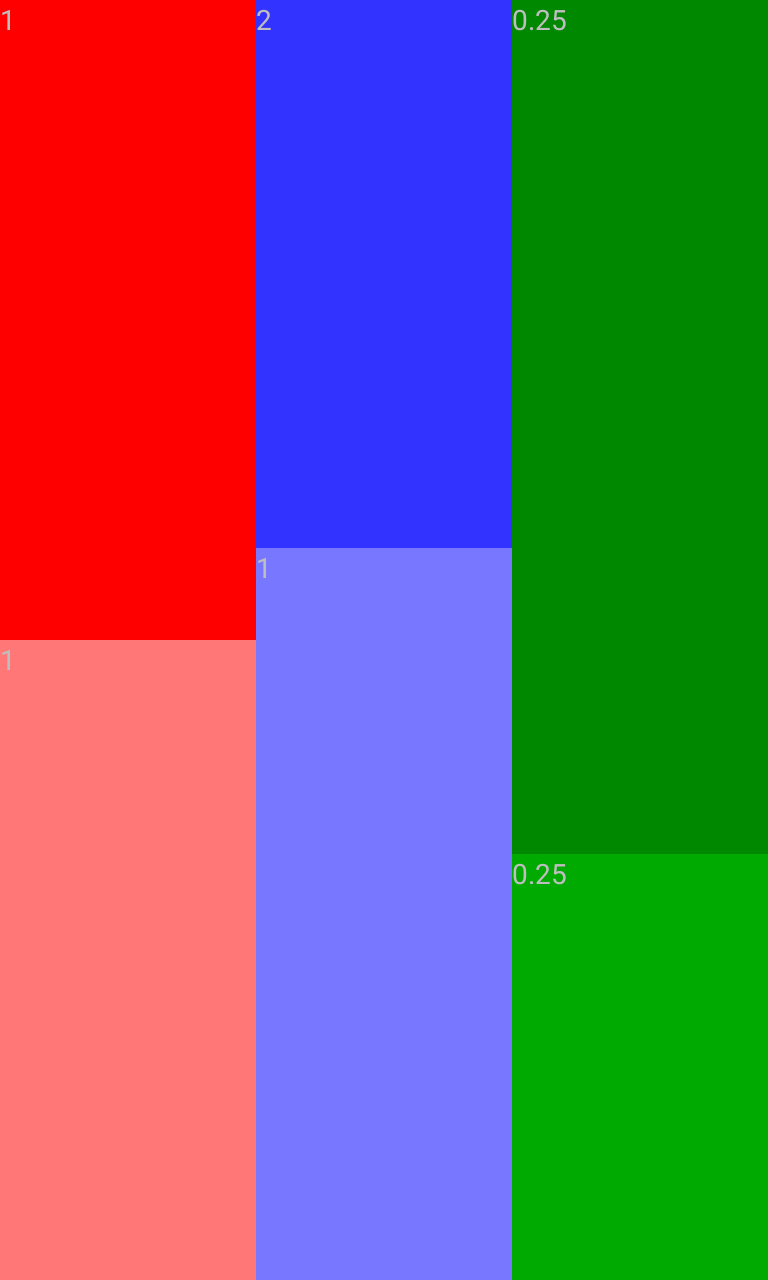
Repository: PVoLan/TestWeight
Layout: WS/Test.Weight/res/layout/main.xml
An editor plug-in stored every save of this project. The layout is shown before and after the next save, followed by the edit.
It is drawn on a 768 x 1280 px phone screen (xhdpi) without system bars, with theme android:Theme; the app's code is not run.

Above is the layout before, as saved 2012-02-27 19:45:14.

### WS/Test.Weight/res/layout/main.xml
<?xml version="1.0" encoding="utf-8"?>
<LinearLayout xmlns:android="http://schemas.android.com/apk/res/android"
    android:layout_width="fill_parent"
    android:layout_height="fill_parent"
 >

    <LinearLayout
    android:layout_width="fill_parent"
    android:layout_height="fill_parent"
    android:layout_weight="1"
    android:orientation="vertical"
	 >

        <TextView
            android:layout_width="fill_parent"
		    android:layout_height="fill_parent"
		    android:layout_weight="1"
		    android:text="1"
		    android:background="#f00"
            />

        <TextView
            android:layout_width="fill_parent"
		    android:layout_height="fill_parent"
		    android:layout_weight="2"
		    android:text="2"
		    android:background="#f33"
            />

        <TextView
            android:layout_width="fill_parent"
		    android:layout_height="fill_parent"
		    android:layout_weight="1"
		    android:text="1"
		    android:background="#f77"
            />


	</LinearLayout>


    <LinearLayout
    android:layout_width="fill_parent"
    android:layout_height="fill_parent"
    android:layout_weight="1"
    android:orientation="vertical"
	 >

        <TextView
            android:layout_width="fill_parent"
		    android:layout_height="fill_parent"
		    android:layout_weight="4"
		    android:text="4"
		    android:background="#00f"
            />

        <TextView
            android:layout_width="fill_parent"
		    android:layout_height="fill_parent"
		    android:layout_weight="2"
		    android:text="2"
		    android:background="#33f"
            />

        <TextView
            android:layout_width="fill_parent"
		    android:layout_height="fill_parent"
		    android:layout_weight="1"
		    android:text="1"
		    android:background="#77f"
            />

	</LinearLayout>


    <LinearLayout
    android:layout_width="fill_parent"
    android:layout_height="fill_parent"
    android:layout_weight="1"
    android:orientation="vertical"
	 >


         <TextView
            android:layout_width="fill_parent"
		    android:layout_height="fill_parent"
		    android:layout_weight="0.25"
		    android:text="0.25"
		    android:background="#080"
            />

        <TextView
            android:layout_width="fill_parent"
		    android:layout_height="fill_parent"
		    android:layout_weight="0.25"
		    android:text="0.25"
		    android:background="#0a0"
            />

        <TextView
            android:layout_width="fill_parent"
		    android:layout_height="fill_parent"
		    android:layout_weight="1"
		    android:text="1"
		    android:background="#0f0"
            />

	</LinearLayout>

</LinearLayout>

After the next save:
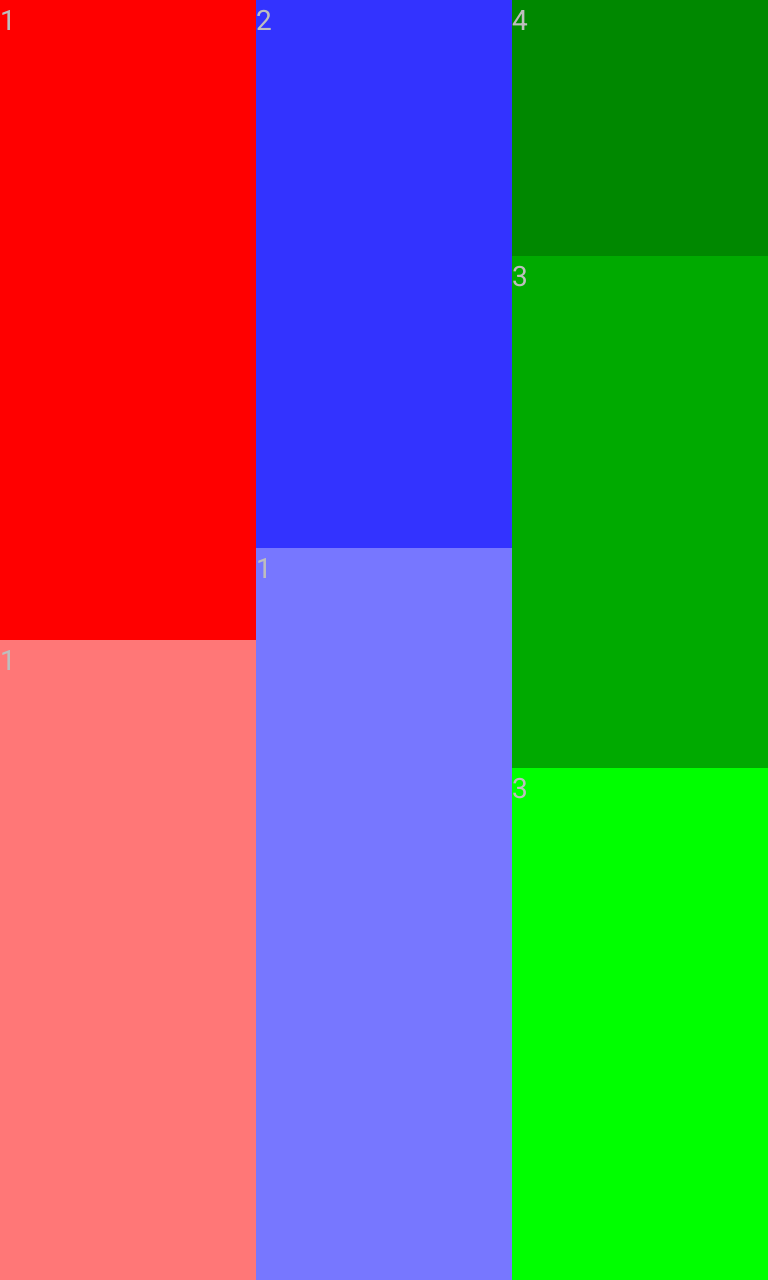
Saved 43 s later.
--- a/WS/Test.Weight/res/layout/main.xml
+++ b/WS/Test.Weight/res/layout/main.xml
@@ -84,24 +84,24 @@
          <TextView
             android:layout_width="fill_parent"
 		    android:layout_height="fill_parent"
-		    android:layout_weight="0.25"
-		    android:text="0.25"
+		    android:layout_weight="4"
+		    android:text="4"
 		    android:background="#080"
             />
 
         <TextView
             android:layout_width="fill_parent"
 		    android:layout_height="fill_parent"
-		    android:layout_weight="0.25"
-		    android:text="0.25"
+		    android:layout_weight="3"
+		    android:text="3"
 		    android:background="#0a0"
             />
 
         <TextView
             android:layout_width="fill_parent"
 		    android:layout_height="fill_parent"
-		    android:layout_weight="1"
-		    android:text="1"
+		    android:layout_weight="3"
+		    android:text="3"
 		    android:background="#0f0"
             />
 
